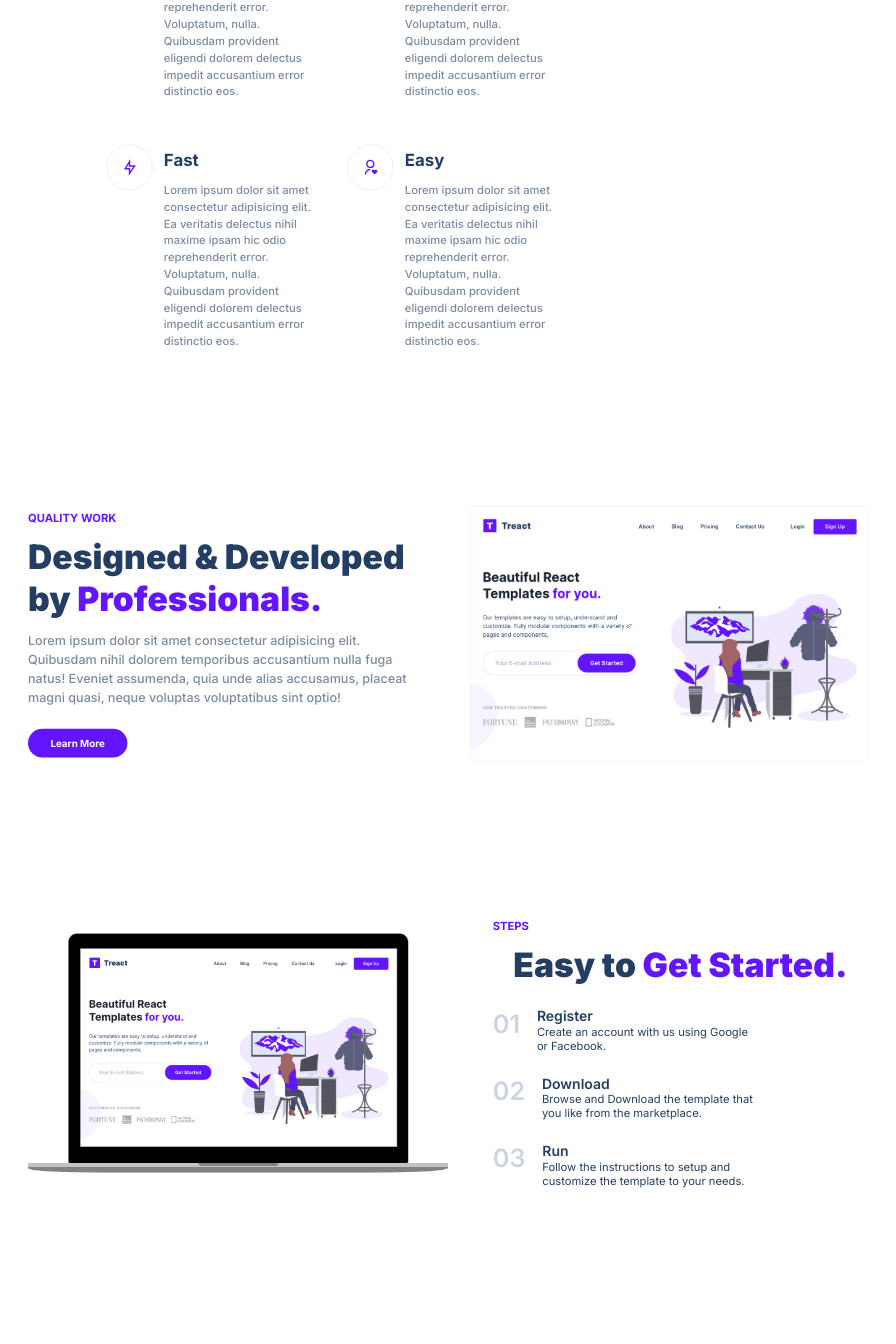
Repository: avivanguyen/m2_fianlProject
Page: index.html
These files come from the project's save history. The page is drawn as it stood at one moment and after a run of saves; the edit follows.
The browser window is 1280 px wide. The pictures show the part of the page from y = 1613 to 3533 px (the page is 3533 px tall before and 3515 px after), at 70% of full size.
Some web libraries are served in a nearby version.

Above is the page before, as saved 2025-12-09 02:32:11.

After the next 9 saves:
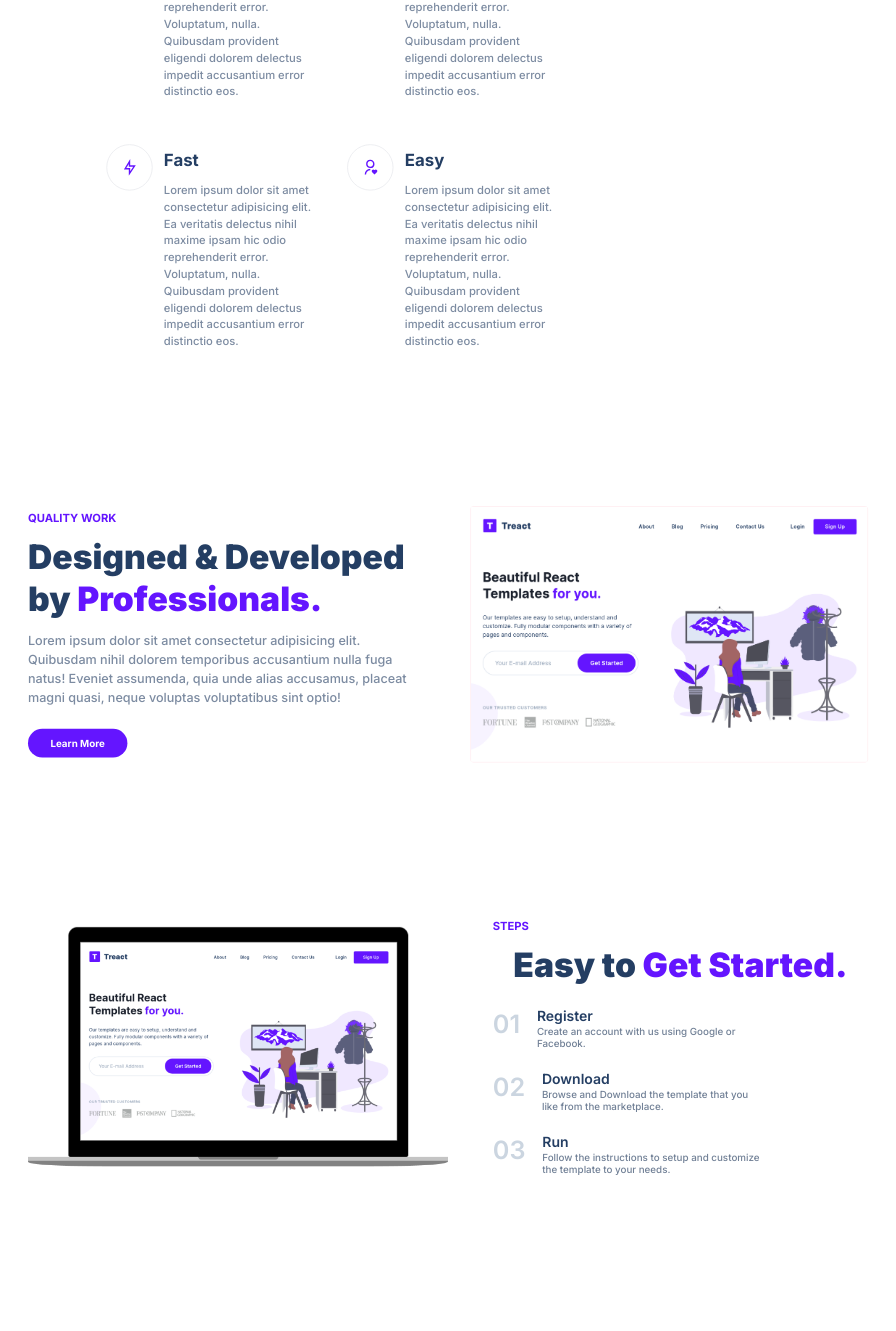
The 9 saves are shown as one change because they came seconds apart.
The last was saved 25 s later.
--- a/styles.css
+++ b/styles.css
@@ -385,5 +385,7 @@ Steps styling
 }
 
 .step__para {
-    color: #7;
-}
+    color: #718096;
+    font-size: 14px;
+    font-weight: 500;
+}
